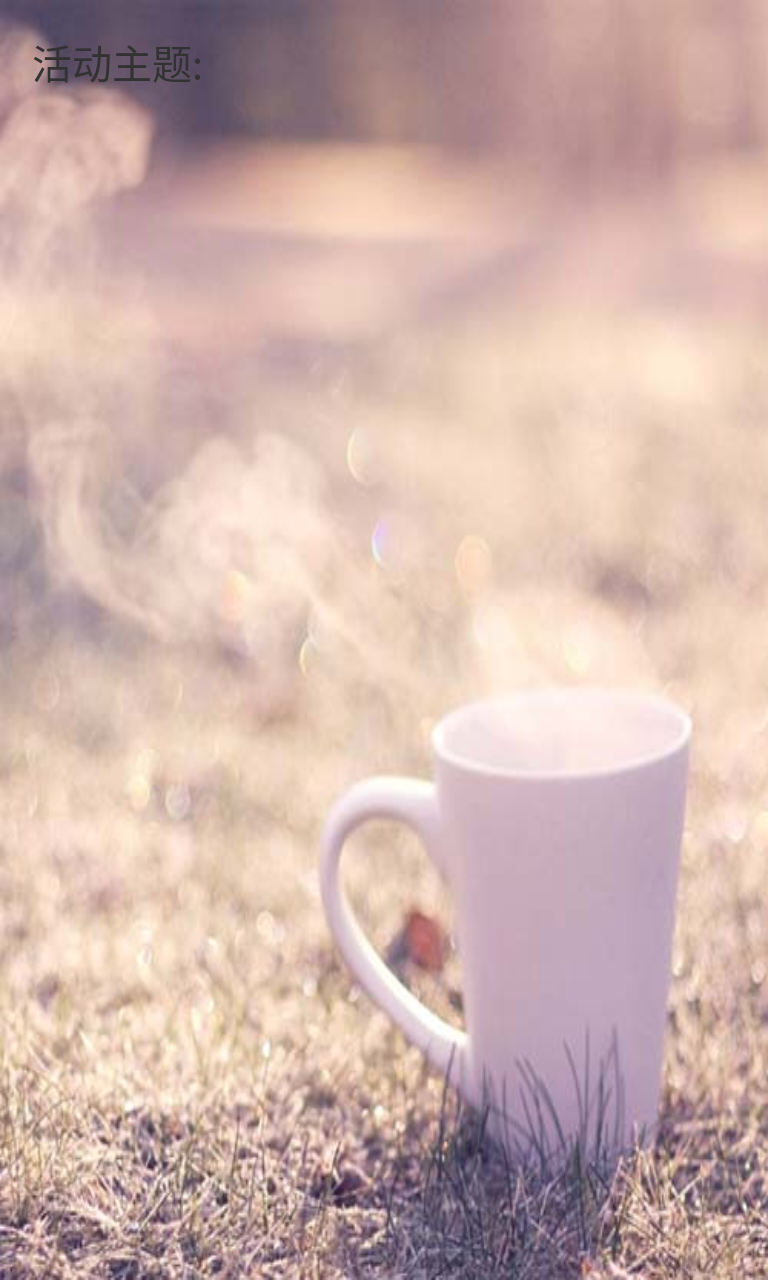
Repository: aojue/HappyAA
Layout: HappyAA/res/layout/two_activity.xml
The author's editor kept a copy of each file at every save. The layout is drawn from the files as they stood at one save, then again after the next save.
It is drawn on a 768 x 1280 px phone screen (xhdpi) without system bars, with theme AppTheme; the app's code is not run.

Above is the layout before, as saved 2014-10-25 07:52:04.

After the next save:
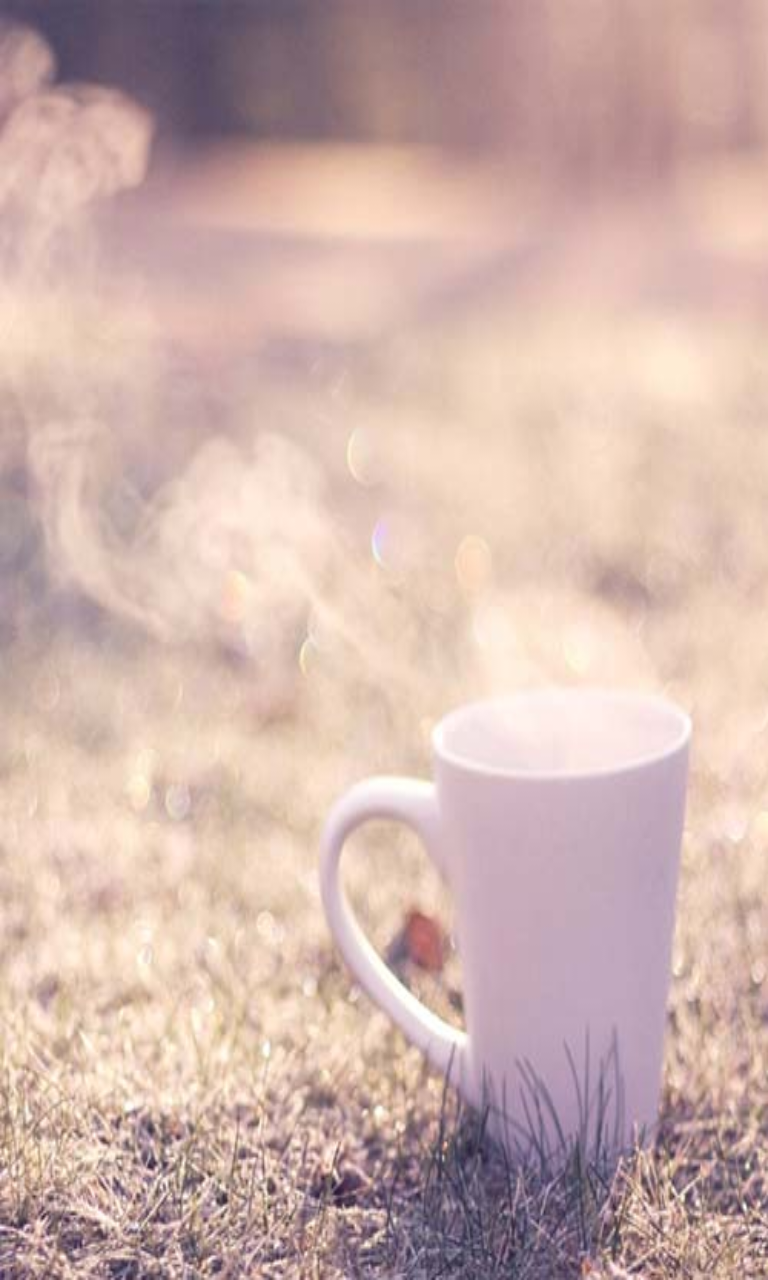
Saved 29 s later.
--- a/HappyAA/res/layout/two_activity.xml
+++ b/HappyAA/res/layout/two_activity.xml
@@ -16,7 +16,6 @@
                 android:id="@+id/text1"
                 android:layout_width="wrap_content"
                 android:layout_height="wrap_content"
-                android:text="@string/textview1"
                 android:textSize="20sp" />
 
 

After the save that followed:
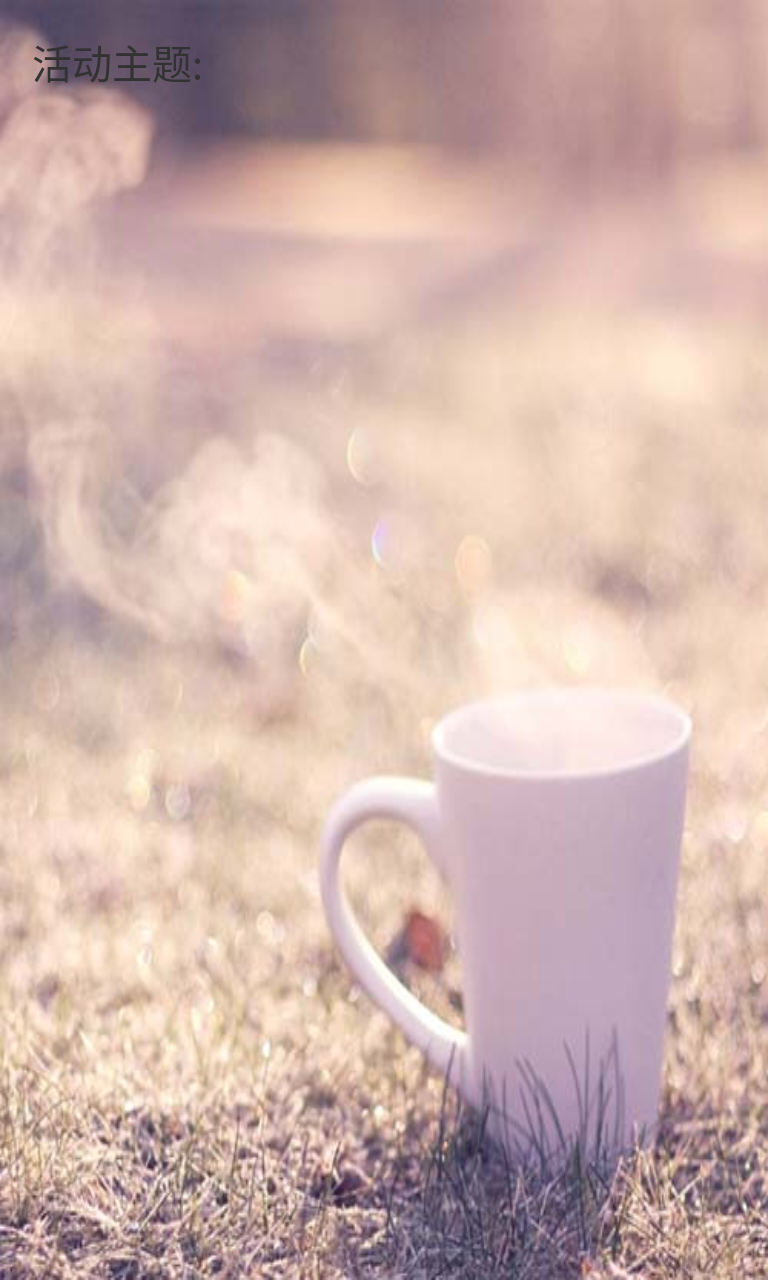
Saved 7 s later.
--- a/HappyAA/res/layout/two_activity.xml
+++ b/HappyAA/res/layout/two_activity.xml
@@ -16,6 +16,7 @@
                 android:id="@+id/text1"
                 android:layout_width="wrap_content"
                 android:layout_height="wrap_content"
+                android:text="@string/textview1"
                 android:textSize="20sp" />
 
 
